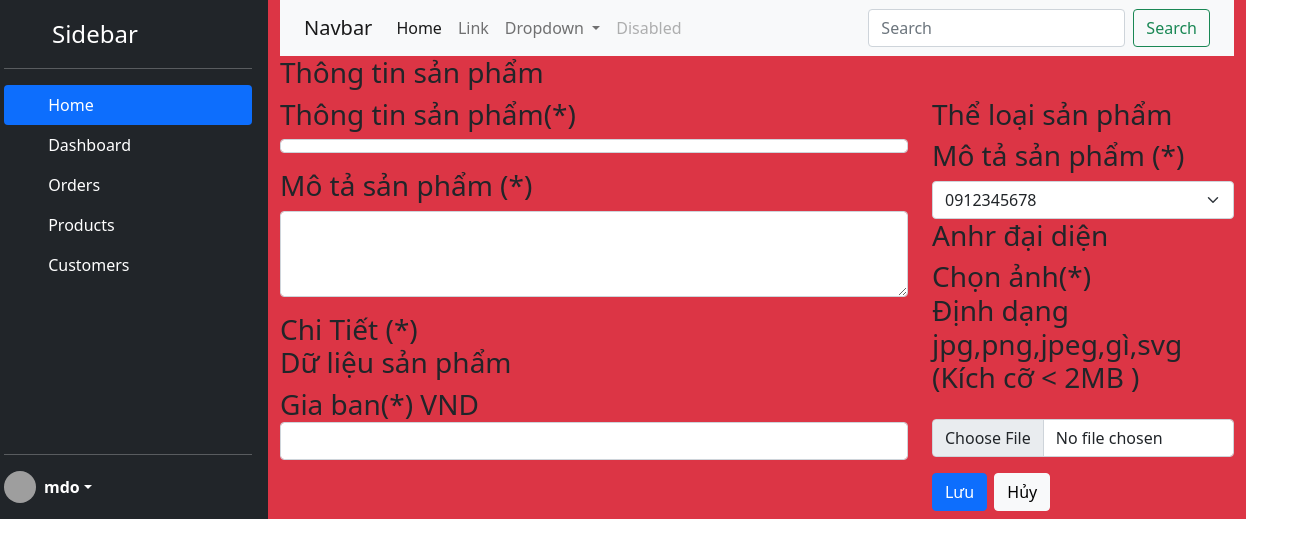
Repository: Lehuyhuynh/BT12-BOOTSTRAP
Page: index.html
An editor plug-in stored every save of this project. The page is shown before and after a run of saves, followed by the edit.
The browser window is 1280 px wide. The page is 1292 px wide, so the pictures cover 1292 px, including what lies to the right of the window. The pictures show the whole page.
Pictures or frames that could not be fetched are drawn as grey boxes.

Above is the page before, as saved 2023-08-19 22:56:28.

After the next 8 saves:
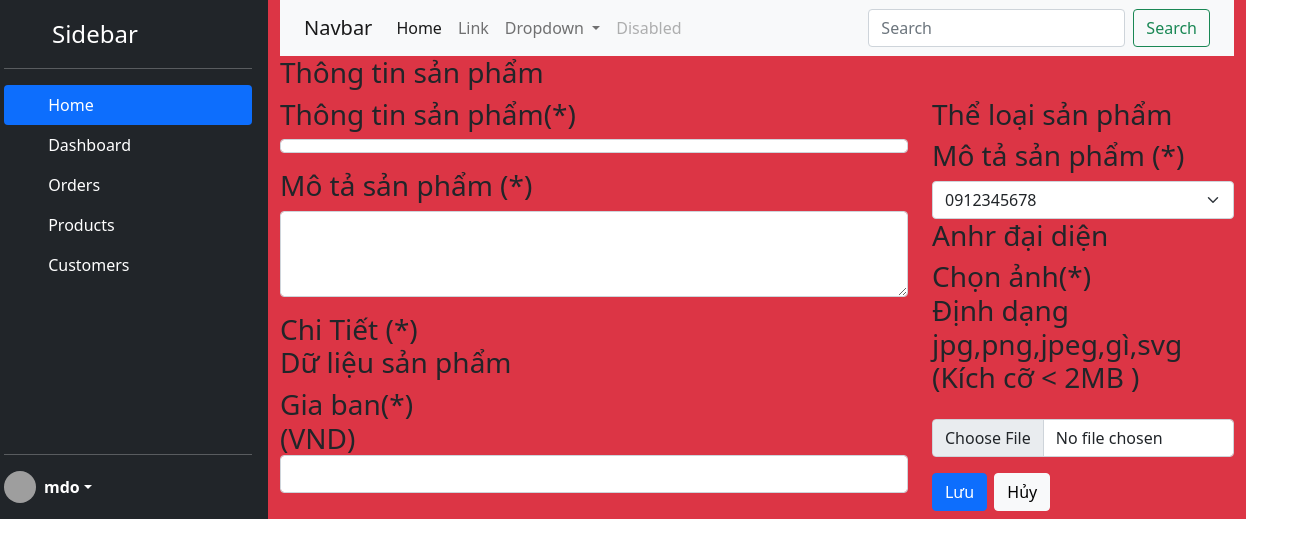
The 8 saves are shown as one change because they came seconds apart.
The last was saved 20 s later.
--- a/index.html
+++ b/index.html
@@ -125,7 +125,7 @@
 
                 <h3>Dữ liệu sản phẩm</h3>
 
-                <label for="data">Gia ban(*) VND</label>
+                <label for="data">Gia ban(*)<br> (VND)</label>
                 <input class="form-control" type="text" placeholder="" id="data" aria-label="default input example">
 
 
